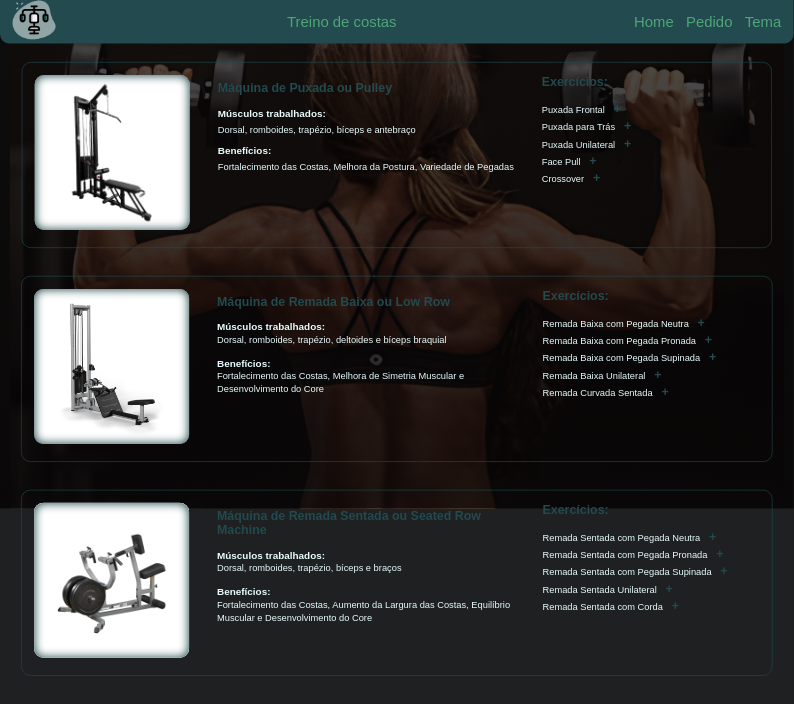
Repository: Marinalr-25/Projeto-Aparelhos-de-Academia
Page: costas.html
These files come from the project's save history. The page is drawn as it stood at one moment and after the next save; the edit follows.
The browser window is 1280 px wide. The pictures show the whole page, at 62% of full size.
Backgrounds fixed to the window are drawn as part of the page.

Above is the page before, as saved 2025-01-07 14:39:01.
Console error: TypeError: Cannot read properties of null (reading 'addEventListener')

### costas.html
<!DOCTYPE html>
<html lang="pt">
  <head>
    <meta charset="UTF-8" />
    <meta name="viewport" content="width=device-width, initial-scale=1.0" />
    <link rel="stylesheet" href="css/style.css" />
    <link rel="stylesheet" href="css/temas.css" />
    <link
      rel="stylesheet"
      href="css/media-990.css"
      media="(max-width: 990px)"
    />
    <link
      rel="stylesheet"
      href="css/media-767.css"
      media="(max-width: 767px)"
    />

    <link
      rel="stylesheet"
      href="css/media-660.css"
      media="(max-width: 660px)"
    />
    <link
      rel="stylesheet"
      href="css/media-580.css"
      media="(max-width: 580px)"
    />

    <title>costas</title>
  </head>
  <body class="body costas">
    <header class="header sobe">
      <a href="telaPrincipal.html">
        <img class="logo" src="imagens/logoverde.png" alt="logo" />
      </a>
      <p>Treino de costas</p>
      <nav>
        <ul>
          <li class="lista-cabecalho" class="homeCostas">
            <a href="telaPrincipal.html">Home</a>
          </li>
          <li class="lista-cabecalho" id="pedido">
            <a href="pedido.html">Pedido</a>
          </li>
          <li class="lista-cabecalho" id="tema"><a href="#">Tema</a></li>
        </ul>
      </nav>
      <div class="nav-icones">
        <svg
          xmlns="http://www.w3.org/2000/svg"
          class="nav-icone--menu"
          viewBox="0 0 512 512"
        >
          <path
            fill="none"
            stroke="currentColor"
            stroke-linecap="round"
            stroke-miterlimit="10"
            stroke-width="32"
            d="M80 160h352M80 256h352M80 352h352"
          ></path>
        </svg>

        <svg
          xmlns="http://www.w3.org/2000/svg"
          class="nav-icone--fechar"
          viewBox="0 0 512 512"
        >
          <path
            fill="none"
            stroke="currentColor"
            stroke-linecap="round"
            stroke-linejoin="round"
            stroke-width="32"
            d="M368 368L144 144M368 144L144 368"
          ></path>
        </svg>
      </div>
    </header>
    <main class="mainBody move-bottom">
      <section>
        <div class="container">
          <div class="maquinas">
            <div class="img-maquinas">
              <img src="aparelhos/maquina-pulley.png" alt="maquina-pulley" />
            </div>
            <div class="informacoes">
              <div>
                <h2 class="title">Máquina de Puxada ou Pulley</h2>
              </div>
              <div class="separar">
                <div class="infos">
                  <h3 class="h3">Músculos trabalhados:</h3>
                  <p class="info">
                    Dorsal, romboides, trapézio, bíceps e antebraço
                  </p>
                </div>
                <div class="infos">
                  <h3 class="h3">Benefícios:</h3>
                  <p class="info">
                    Fortalecimento das Costas, Melhora da Postura, Variedade de
                    Pegadas
                  </p>
                </div>
              </div>
            </div>
            <div class="exercicios">
              <h3 class="title">Exercícios:</h3>
              <ul>
                <li>
                  Puxada Frontal
                  <span class="mais">+</span>
                  <div class="tooltip">
                    Sente-se na máquina, segure a barra com as mãos afastadas na
                    largura dos ombros (pegada pronada ou neutra) e puxe a barra
                    em direção ao peito, mantendo os cotovelos para baixo e para
                    trás.
                  </div>
                </li>
                <li>
                  Puxada para Trás
                  <span class="mais">+</span>
                  <div class="tooltip">
                    Sente-se na máquina, segure a barra com as palmas para cima
                    e as mãos mais afastadas que a largura dos ombros e puxe a
                    barra em direção ao peito, mantendo os cotovelos para trás e
                    perto do corpo
                  </div>
                </li>
                <li>
                  Puxada Unilateral
                  <span class="mais">+</span>
                  <div class="tooltip">
                    Sente-se ou fique de pé, segurando uma alça com uma mão e
                    mantendo o tronco estável, com a outra mão livre ou
                    segurando o apoio da máquina. Puxe o cabo em direção ao
                    tronco, mantendo o cotovelo próximo ao corpo e a escápula
                    contraída.
                  </div>
                </li>
                <li>
                  Face Pull
                  <span class="mais">+</span>
                  <div class="tooltip">
                    Segure a corda com as duas mãos e puxe o cabo em direção ao
                    rosto, ativando os deltoides posteriores e o trapézio.
                  </div>
                </li>
                <li>
                  Crossover
                  <span class="mais">+</span>
                  <div class="tooltip">
                    Com as cordas ou alças ajustadas nas duas extremidades da
                    máquina, puxe as alças cruzando-as à frente do corpo, como
                    se estivesse tentando juntar as mãos em um movimento de
                    abertura de peito.
                  </div>
                </li>
              </ul>
            </div>
          </div>
          <div class="maquinas">
            <div class="img-maquinas">
              <img src="aparelhos/maquina-low-row.png" alt="maquina-pulley" />
            </div>
            <div class="informacoes">
              <div>
                <h2 class="title">Máquina de Remada Baixa ou Low Row</h2>
              </div>
              <div class="infos">
                <h3 class="h3">Músculos trabalhados:</h3>
                <p class="info">
                  Dorsal, romboides, trapézio, deltoides e bíceps braquial
                </p>
              </div>
              <div class="infos">
                <h3 class="h3">Benefícios:</h3>
                <p class="info">
                  Fortalecimento das Costas, Melhora de Simetria Muscular e
                  Desenvolvimento do Core
                </p>
              </div>
            </div>
            <div class="exercicios">
              <h3 class="title">Exercícios:</h3>
              <ul>
                <li>
                  Remada Baixa com Pegada Neutra
                  <span class="mais">+</span>
                  <div class="tooltip">
                    Esse é o exercício clássico na máquina, onde a pessoa usa um
                    pegador em formato de "V" (pegada neutra) para trabalhar
                    principalmente a espessura da parte média das costas, com
                    foco nos músculos romboides e dorsais
                  </div>
                </li>
                <li>
                  Remada Baixa com Pegada Pronada
                  <span class="mais">+</span>
                  <div class="tooltip">
                    Nessa variação, o pegador é reto e a pegada é com as palmas
                    voltadas para baixo, o que enfatiza mais o trapézio e o
                    latíssimo do dorso, além de dar um estímulo aos romboides
                  </div>
                </li>
                <li>
                  Remada Baixa com Pegada Supinada
                  <span class="mais">+</span>
                  <div class="tooltip">
                    Aqui a pegada é invertida, com as palmas das mãos voltadas
                    para cima. Essa variação ajuda a ativar mais o bíceps junto
                    com as costas, criando um movimento que trabalha tanto a
                    parte superior quanto inferior das costas
                  </div>
                </li>
                <li>
                  Remada Baixa Unilateral
                  <span class="mais">+</span>
                  <div class="tooltip">
                    Esse exercício é feito segurando o pegador com uma única mão
                    de cada vez, permitindo maior foco no lado direito ou
                    esquerdo das costas separadamente, o que ajuda na simetria e
                    força
                  </div>
                </li>
                <li>
                  Remada Curvada Sentada
                  <span class="mais">+</span>
                  <div class="tooltip">
                    Uma variação onde o tronco se inclina ligeiramente para
                    frente antes de puxar o cabo, ativando diferentes áreas dos
                    dorsais e da parte inferior das costas, além de trabalhar a
                    estabilização
                  </div>
                </li>
              </ul>
            </div>
          </div>
          <div class="maquinas">
            <div class="img-maquinas">
              <img
                class="img-maquinas"
                src="aparelhos/seated-row-machine.png"
                alt="maquina-pulley"
              />
            </div>
            <div class="informacoes">
              <div>
                <h2 class="title">
                  Máquina de Remada Sentada ou Seated Row Machine
                </h2>
              </div>
              <div class="infos">
                <h3 class="h3">Músculos trabalhados:</h3>
                <p class="info">Dorsal, romboides, trapézio, bíceps e braços</p>
              </div>
              <div class="infos">
                <h3 class="h3">Benefícios:</h3>
                <p class="info">
                  Fortalecimento das Costas, Aumento da Largura das Costas,
                  Equilíbrio Muscular e Desenvolvimento do Core
                </p>
              </div>
            </div>
            <div class="exercicios">
              <h3 class="title">Exercícios:</h3>
              <ul>
                <li>
                  Remada Sentada com Pegada Neutra
                  <span class="mais">+</span>
                  <div class="tooltip">
                    Segure as alças com as palmas das mãos voltadas uma para a
                    outra (pegada neutra) e puxe em direção ao tronco, mantendo
                    os cotovelos próximos ao corpo e os ombros relaxados.
                    Contraia as escápulas no final do movimento
                  </div>
                </li>
                <li>
                  Remada Sentada com Pegada Pronada
                  <span class="mais">+</span>
                  <div class="tooltip">
                    Segure a barra com as palmas das mãos voltadas para baixo
                    (pegada pronada) e puxe a barra para o corpo, mantendo os
                    cotovelos alinhados com o tronco. Evite balançar o corpo e
                    use um movimento controlado
                  </div>
                </li>
                <li>
                  Remada Sentada com Pegada Supinada
                  <span class="mais">+</span>
                  <div class="tooltip">
                    Segure a barra com as palmas das mãos voltadas para cima
                    (pegada supinada). Puxe a barra em direção ao corpo,
                    mantendo os cotovelos mais baixos e próximos ao tronco
                  </div>
                </li>
                <li>
                  Remada Sentada Unilateral
                  <span class="mais">+</span>
                  <div class="tooltip">
                    Segure a alça com uma mão e puxe o cabo em direção ao
                    tronco. Mantenha o tronco estável e evite torcer o corpo.
                    Repita o movimento para o outro lado
                  </div>
                </li>
                <li>
                  Remada Sentada com Corda
                  <span class="mais">+</span>
                  <div class="tooltip">
                    Use uma corda para segurar as alças e puxe em direção ao
                    tronco, abrindo as mãos ao final do movimento, aumentando a
                    contração nos romboides e trapézio.
                  </div>
                </li>
              </ul>
            </div>
          </div>
        </div>
      </section>
    </main>
    <section class="pop-up-temas">
      <div class="container">
        <div class="bolinha verde"></div>
        <div class="bolinha azul"></div>
        <div class="bolinha rosa"></div>
        <div class="bolinha vermelho"></div>
        <div class="bolinha roxo"></div>
        <div class="bolinha laranja"></div>
        <svg
          xmlns="http://www.w3.org/2000/svg"
          class="icone-fechar"
          viewBox="0 0 512 512"
        >
          <path
            fill="none"
            stroke="currentColor"
            stroke-linecap="round"
            stroke-linejoin="round"
            stroke-width="32"
            d="M368 368L144 144M368 144L144 368"
          ></path>
        </svg>
      </div>
    </section>
    <script src="js/script.js"></script>
    <script src="js/costas.js"></script>
    <script src="js/temas.js"></script>
  </body>
</html>

### css/style.css
:root {
  --primaria: #1e2021;
  --cor-fundo: #234a4e;
  --verde-medio: #25786e;
  --cor-texto: #4fa679;
  --clara: #e9fdff;
}

* {
  margin: 0;
  padding: 0;
  box-sizing: border-box;
}

html {
  font-size: 62.5%;
}

body {
  height: 100vh;
  display: flex;
  flex-direction: column;
  justify-content: center;
  align-items: center;
  font-size: 62.5%;
  font-family: 'Montserrat', sans-serif;
  background-color: var(--primaria);
  opacity: 1;
  transition: opacity 0.5s ease;
}

body.fade-in {
  opacity: 0;
}
body.fade-out {
  opacity: 0;
  transition: opacity 0.5s ease;
}

.header {
  position: fixed;
  top: 0;
  left: 0;
  z-index: 1;
  display: flex;
  justify-content: space-between;
  align-items: center;
  padding-left: 1rem;
  font-size: 2.4rem;
  width: 100%;
  height: 70px;
  border-bottom-left-radius: 15px;
  border-bottom-right-radius: 15px;
  background-color: var(--cor-fundo);
  color: var(--cor-texto);
  transform: translateY(0);
  transition: transform 0.5s ease;
  &.sobe {
    transform: translateY(-120px);
  }
  & .logo {
    max-width: 9rem;
    width: 10.7vw;
    padding: 1rem;
  }

  & .nav-icones {
    display: none;
  }

  & p {
    display: flex;
    align-items: center;
    width: 50%;
    justify-content: center;
    text-wrap: nowrap;
  }

  & nav {
    display: flex;
    align-items: center;
    padding: 0 2rem;
    color: (var(--cor-texto));
    background-color: (var(--cor-fundo));
    & ul {
      display: flex;
      gap: 2rem;
      color: white;
      list-style: none;
      & a {
        color: var(--cor-texto);
        text-decoration: none;

        &:hover {
          text-decoration: underline;
        }
      }
    }
  }
}

main {
  height: 100%;
  width: 100%;
  margin-top: 10rem;
}

.botao {
  border-radius: 3.2rem;
  border: none;
  width: 30%;
  background-color: var(--verde-medio);
  color: var(--clara);
  text-transform: uppercase;
  font-weight: 700;
  padding: 1.12rem 1.6rem;
  min-width: 16rem;
  cursor: pointer;
  transition: all 0.3s ease-in;

  &:hover {
    background-color: var(--cor-texto);
    transform: scale(1.1);
  }

  &:active {
    transform: scale(0.9);
  }
}

.tela-inicial {
  height: 100%;
  width: 100%;
  display: flex;
  flex-direction: column;
  justify-content: center;
  align-items: center;
  transform: translateX(0);

  & span {
    color: var(--verde-medio);
    font-weight: 700;
  }

  & .box-inicial {
    display: flex;
    flex-direction: column;
    gap: 2rem;
    justify-content: space-around;
    color: var(--clara);
    height: 46.4rem;
    max-width: 64rem;
    margin: 0 4.8rem;
    padding: 2.4rem;
    border-radius: 3.2rem;
    overflow: hidden; /* Garantir que o conteúdo não ultrapasse os limites visíveis */
    position: relative;
    transition: transform 0.5s ease;
    animation: pisque 1.5s infinite alternate ease-in;

    &.move-top {
      transform: translateY(-200%);
      transition: transform 0.8s ease-out;
    }
    & .pontos {
      position: absolute;
      bottom: 9px;
      left: 50%;

      & .primeiro-ponto {
        transform: translate(-25px, 8px);
      }
      & .terceiro-ponto {
        transform: translate(25px, -8px);
      }
      & div {
        width: 0.8rem;
        height: 0.8rem;
        background-color: var(--cor-fundo);
        border-radius: 50%;

        &.ativa {
          background-color: var(--verde-medio);
        }
      }
    }

    & .primeira-tela {
      display: flex;
      flex-direction: column;
      gap: 4rem;
      justify-content: center;
      align-items: center;

      & .container {
        display: flex;
        flex-direction: column;
        gap: 1.6rem;
        letter-spacing: 0.16rem;

        & h1 {
          font-size: 2.56rem;
          font-weight: 700;
        }

        & h2 {
          font-size: 2.24rem;
          font-weight: 400;
        }

        & p {
          font-size: 1.92rem;
          font-weight: 400;
        }
      }

      & .input {
        display: flex;
        flex-direction: column;
        gap: 1.6rem;
        align-items: center;

        & input {
          min-width: 24rem;
          padding: 1.12rem 0.64rem;
          border: none;
          width: 50%;
          border-radius: 3.2rem;
          border: 3px solid transparent;

          &:focus,
          &:hover {
            outline: none;
            border: 3px solid var(--verde-medio);
          }
        }

        & .mulher-icone {
          width: 6.4rem;
        }
      }
    }

    & .segunda-tela {
      display: none;
      flex-direction: column;
      align-items: center;
      height: 100%;
      padding: 3.2rem;
      gap: 5.12rem;
      text-align: center;

      & .topo {
        font-size: 2.56rem;
      }

      & .container {
        height: 100%;
        display: flex;
        flex-direction: column;
        align-items: center;
        justify-content: space-around;
        gap: 2.4rem;

        & h2 {
          font-size: 2.24rem;
        }

        & p {
          font-size: 1.92rem;
        }
      }
    }

    & .terceira-tela {
      display: none;
      flex-direction: column;
      align-items: center;
      justify-content: center;
      height: 90%;

      & .container {
        display: flex;
        flex-direction: column;
        align-items: center;
        gap: 2.72rem;
        letter-spacing: 0.16rem;

        & h2 {
          font-size: 2.24rem;
        }

        & .pedido {
          font-size: 1.92rem;
        }

        & .video {
          width: 24rem;
          height: 9.6rem;
          background-color: var(--clara);
          color: #1e2021;
          text-align: center;
          font-size: 2.24rem;
          font-weight: 700;
          display: flex;
          align-items: center;
          justify-content: center;
        }
      }
    }

    .tela-inicial,
    .segunda-tela,
    .terceira-tela {
      transition: transform 0.5s ease;
    }

    .move-right {
      transform: translateX(110%);
      transition: transform 0.5s ease;
    }

    .move-left {
      transform: translatex(-110%);
      transition: transform 0.5s ease;
    }
  }
}

.tela-principal {
  display: flex;
  flex-direction: column;
  gap: 3.12rem;
  font-size: 9.6rem;
  transform: translateY(0px);
  transition: transform 0.8s ease;

  &.move-bottom {
    transform: translateY(5000px);
  }

  .container {
    display: flex;
    gap: 2rem;
    margin-top: 3rem;
    justify-content: center;
    padding: 1rem 2rem;
    flex-wrap: wrap;

    & .box {
      width: 30rem;
      height: 20rem;
      border-radius: 1rem;
      background-position: center;
      background-repeat: no-repeat;
      background-size: cover;
      position: relative;
      cursor: pointer;

      & a {
        position: absolute;
        top: 0;
        left: 0;
        width: 100%;
        height: 100%;
        z-index: 1;
        text-decoration: none;
      }

      &::after {
        position: absolute;
        bottom: 0;
        left: 50%;
        transform: translate(-50%, -20%);
        font-size: 3.2rem;
        color: var(--clara);
        text-shadow: 2px 2px 3px rgba(0, 0, 0, 1),
          4px 4px 6px rgba(0, 0, 0, 0.8); /* Sombra na palavra */
      }

      &.braco {
        background-image: url(/imagens/braço.png);

        &::after {
          content: 'Braço';
        }
      }

      &.perna {
        background-image: url(/imagens/perna.png);

        &::after {
          content: 'Perna';
        }
      }

      &.ombro {
        background-image: url(/imagens/ombro.png);

        &::after {
          content: 'Ombro';
        }
      }

      &.costas {
        background-image: url(/imagens/costasHDrecortada.png);

        &::after {
          content: 'Costas';
        }
      }

      &.peito {
        background-image: url(/imagens/peito.png);

        &::after {
          content: 'Peito';
        }
      }
      &.abdomen {
        background-image: url(/imagens/abdomen.png);

        &::after {
          content: 'Abdomen';
        }
      }
    }
  }
}

.body.costas {
  margin: 5rem 3rem;
  color: var(--clara);
  background-color: #1e2021;
  background-image: linear-gradient(rgba(7, 5, 5, 0.7), rgba(7, 5, 5, 0.9)),
    url(/imagens/costasHDrecortada.png);
  background-repeat: no-repeat;
  background-size: contain;
  background-position: center;
  background-attachment: fixed;

  & .container {
    display: flex;
    flex-direction: column;
    align-items: center;
    gap: 4.5rem;
    padding-bottom: 4.5rem;

    & .maquinas {
      display: flex;
      justify-content: space-between;
      align-items: start;
      gap: 3.5rem;
      max-width: 130rem;
      min-height: 30rem;
      border: 1px solid var(--cor-fundo);
      padding: 2rem;
      border-radius: 1.5rem;

      & .img-maquinas img {
        height: 25rem;
        width: 25rem;
      }

      & .title {
        font-size: 2rem;
        color: var(--cor-fundo);
      }
    }

    & .h3 {
      font-size: 1.6rem;
    }

    & .info {
      font-size: 1.5rem;
      line-height: 1.4;
    }

    & .img-maquinas {
      max-width: 25rem;
      max-height: 25rem;
      border-radius: 1.5rem;
      background-color: #ffffff;
      box-shadow: inset 0 0 1.5rem 0.1rem var(--cor-fundo);
    }

    & .informacoes {
      display: flex;
      flex-direction: column;
      justify-content: flex-start;
      gap: 2rem;
      padding: 1rem;
      max-width: 50rem;
      max-height: 25.3rem;

      & .separar {
        display: flex;
        flex-direction: column;
        gap: 1.5rem;
        & .infos {
          display: flex;
          flex-direction: column;
          gap: 0.6rem;
        }
      }
    }

    & .exercicios {
      display: flex;
      flex-direction: column;
      justify-content: flex-start;
      gap: 2rem;
      width: 35rem;

      & ul {
        list-style: none;
        font-size: 1.5rem;
        white-space: nowrap;
        & li {
          padding-bottom: 0.5rem;
          font-weight: 500;
          position: relative;

          & .mais {
            padding-left: 1rem;
            font-weight: 900;
            font-size: 2rem;
            color: var(--cor-fundo);
            cursor: pointer;
          }

          .tooltip {
            display: none; /* Esconde a tooltip inicialmente */
            position: absolute;
            top: 0;
            width: 28.5rem;
            transform: translate(-1rem, 3rem);
            background-color: rgba(0, 0, 0);
            color: var(--cor-texto);
            padding: 5px 10px;
            border-radius: 4px;
            white-space: wrap;
            z-index: 10;
          }
        }
      }
    }
  }
}

@keyframes pisque {
  0% {
    box-shadow: 0 0 2rem var(--cor-fundo), 0 0 4rem var(--cor-fundo);
  }

  100% {
    box-shadow: 0 0 8rem var(--cor-fundo), 0 0 16rem var(--cor-fundo);
  }
}

/* .tela-inicial,
.primeira-tela,
.terceira-tela {
  display: none;
} */

### css/media-580.css
@media all and (max-width: 36.25em) {
  .tela-inicial {
    & .box-inicial {
      height: 60rem;
      & .pontos {
        & div {
          width: 0.9rem;
        }
        & .primeiro-ponto {
          transform: translate(-25px, -3px);
        }
        & .segundo-ponto {
          transform: translate(0, -10px);
        }
        & .terceiro-ponto {
          transform: translate(25px, -17px);
        }
      }
    }
  }
}

Loaded but not shown: js/temas.js (93 lines, source omitted); js/script.js (83 lines, source omitted); js/costas.js (18 lines, source omitted); css/media-767.css (180 lines, source omitted); css/temas.css (104 lines, source omitted); css/media-990.css (65 lines, source omitted); css/media-660.css (40 lines, source omitted)

After the next save:
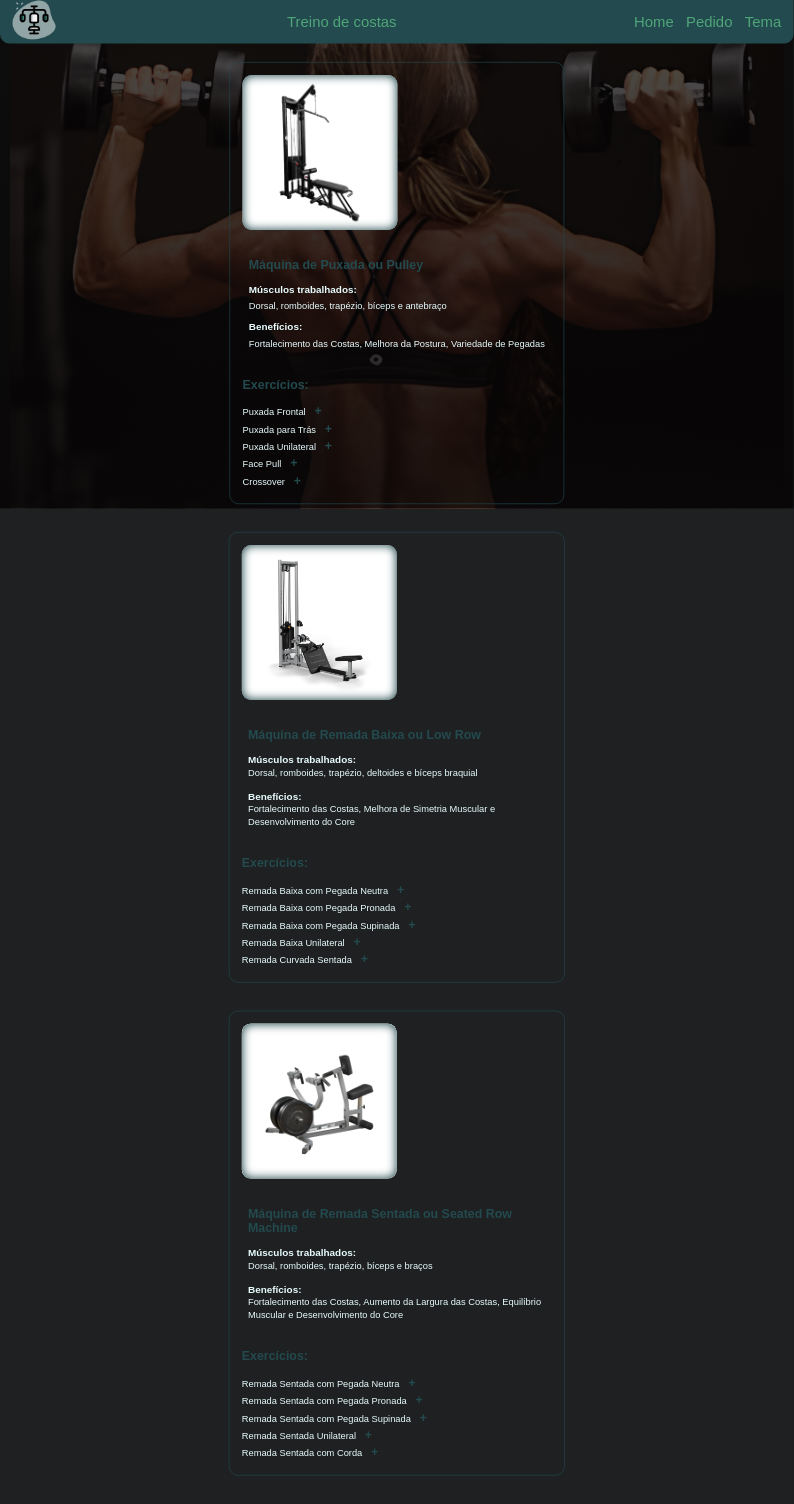
Saved 52 s later.
--- a/css/style.css
+++ b/css/style.css
@@ -447,12 +447,11 @@ main {
     padding-bottom: 4.5rem;
 
     & .maquinas {
-      display: flex;
-      justify-content: space-between;
-      align-items: start;
+      display: grid;
+      grid-template-columns: 3fr;
+      grid-template-rows: auto;
       gap: 3.5rem;
       max-width: 130rem;
-      min-height: 30rem;
       border: 1px solid var(--cor-fundo);
       padding: 2rem;
       border-radius: 1.5rem;
